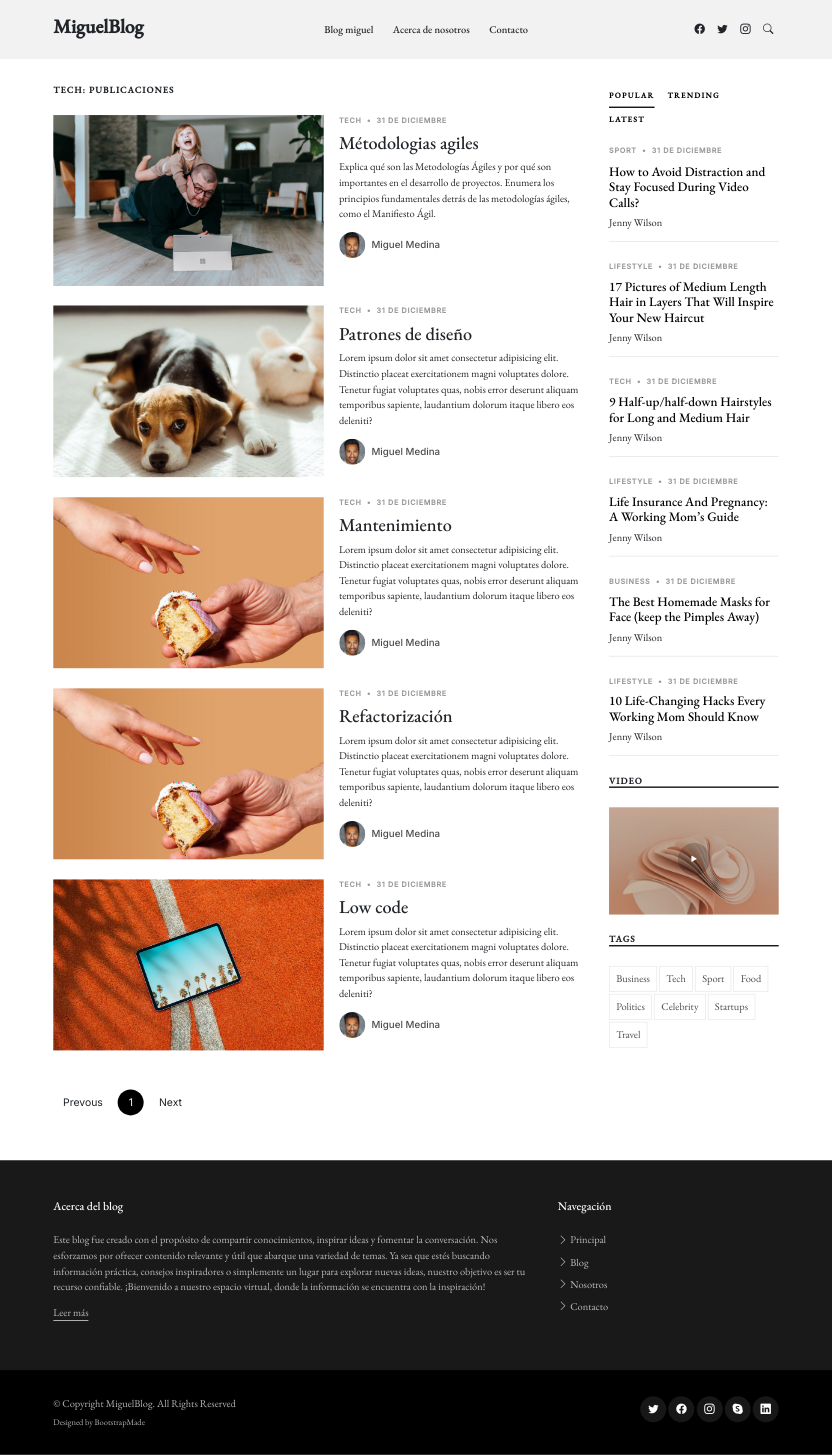
Repository: MiguelDev5/blog-miguel
Page: index.html
The author's editor kept a copy of each file at every save. The page is drawn from the files as they stood at one save, then again after the next save.
The browser window is 1280 px wide. The pictures show the whole page, at 65% of full size.
Some web fonts or font styles are not loaded; a fallback is used.

Above is the page before, as saved 2024-01-01 20:22:21.

After the next save:
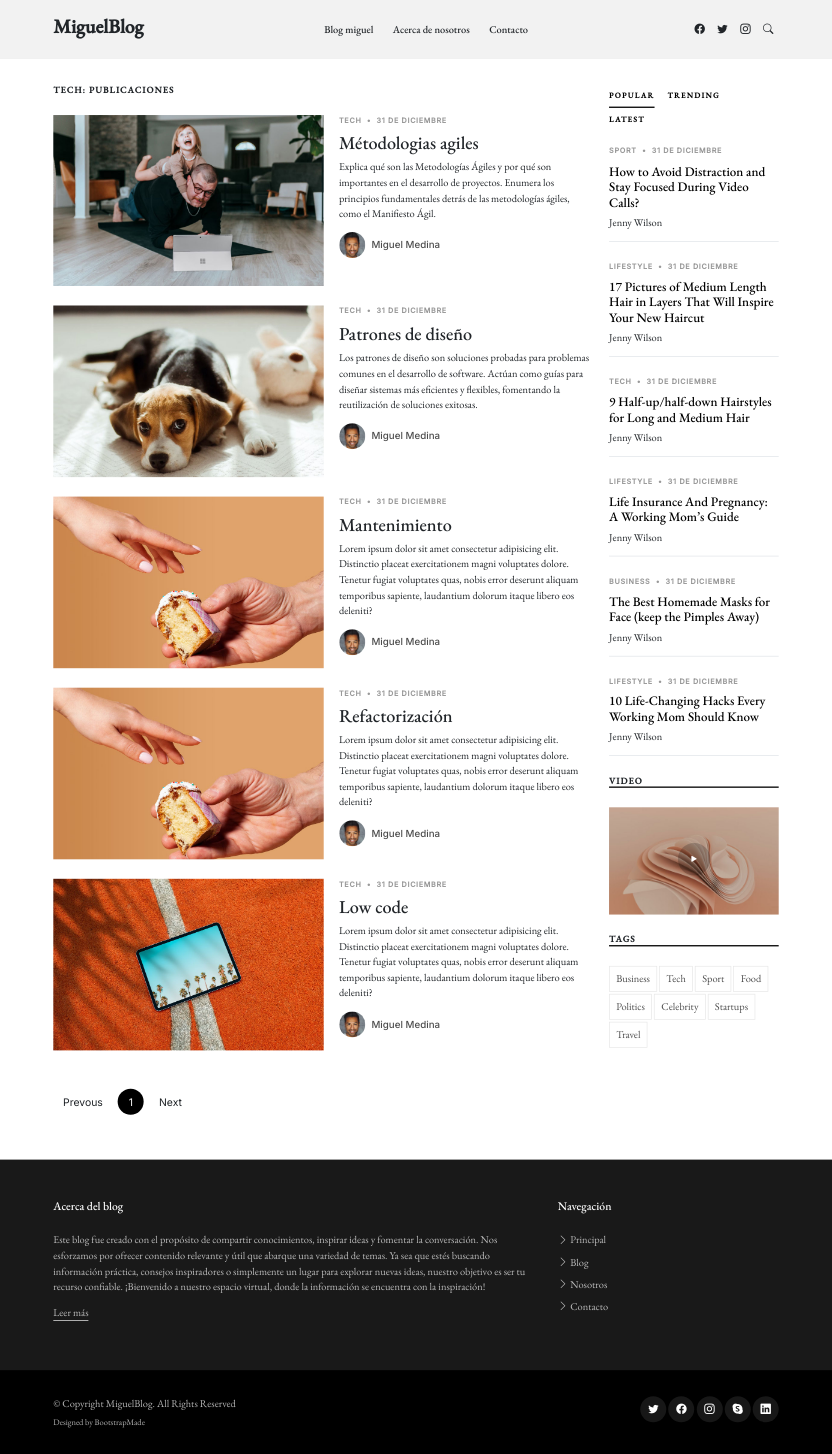
Saved 5 min 59 s later.
--- a/index.html
+++ b/index.html
@@ -114,7 +114,7 @@
               <div>
                 <div class="post-meta"><span class="date">Tech</span> <span class="mx-1">&bullet;</span> <span>31 de Diciembre</span></div>
                 <h3><a href="post-ma.html">Patrones de diseño</a></h3>
-                <p>Lorem ipsum dolor sit amet consectetur adipisicing elit. Distinctio placeat exercitationem magni voluptates dolore. Tenetur fugiat voluptates quas, nobis error deserunt aliquam temporibus sapiente, laudantium dolorum itaque libero eos deleniti?</p>
+                <p>Los patrones de diseño son soluciones probadas para problemas comunes en el desarrollo de software. Actúan como guías para diseñar sistemas más eficientes y flexibles, fomentando la reutilización de soluciones exitosas.</p>
                 <div class="d-flex align-items-center author">
                   <div class="photo"><img src="assets/img/person-2.jpg" alt="" class="img-fluid"></div>
                   <div class="name">
